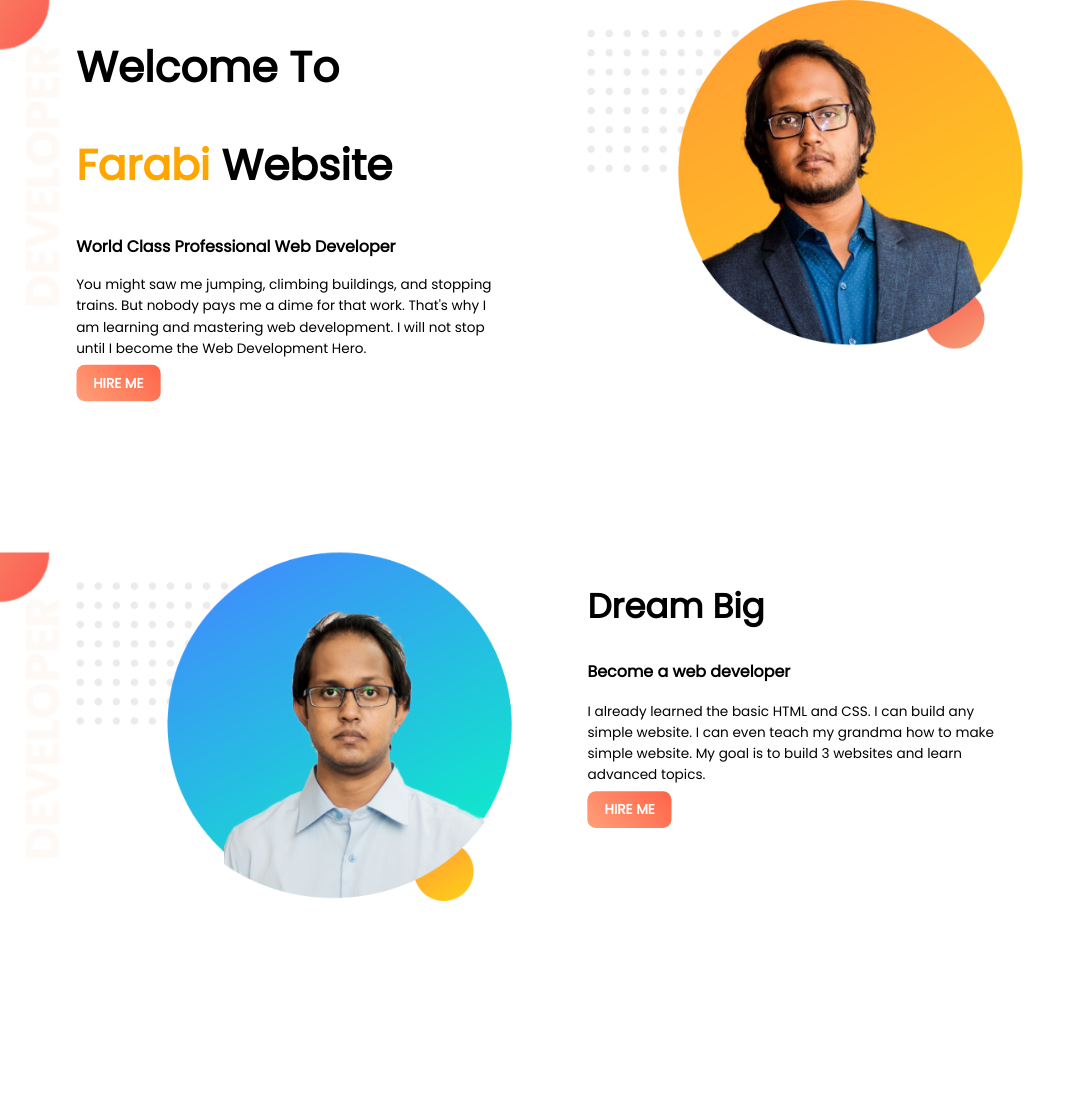
Repository: mohsinfarabi/web-portfolio
Page: index.html
The author's editor kept a copy of each file at every save. The page is drawn from the files as they stood at one save, then again after the next save.
The browser window is 1280 px wide. The pictures show the whole page, at 85% of full size.

Above is the page before, as saved 2020-06-30 23:29:35.

After the next save:
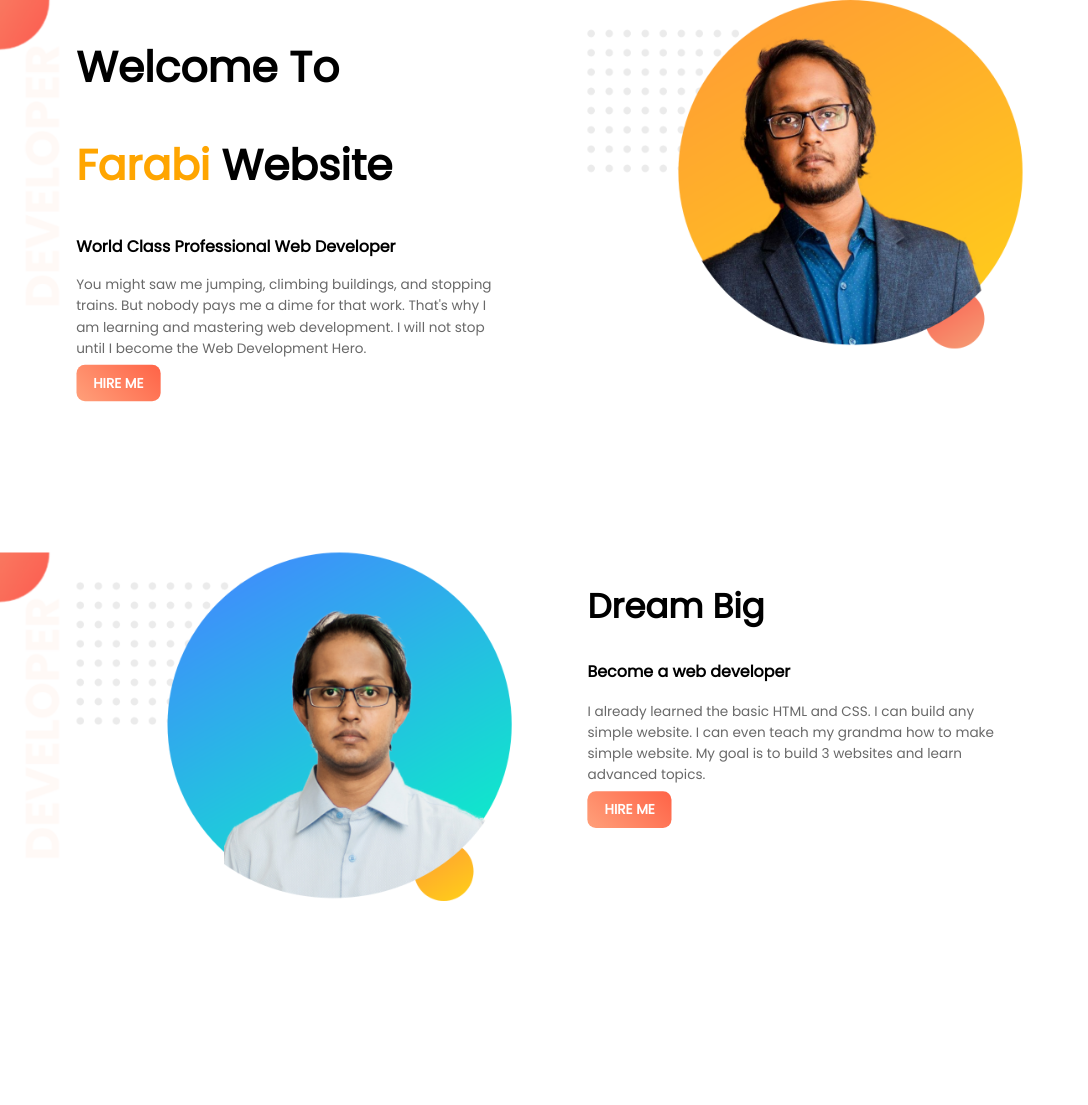
Saved 65 s later.
--- a/style.css
+++ b/style.css
@@ -9,6 +9,10 @@ h1 {
 
 h2 {
     font-size: 40px;
+}
+
+p {
+    color: dimgray;
 }
 
 .name-highlight {
